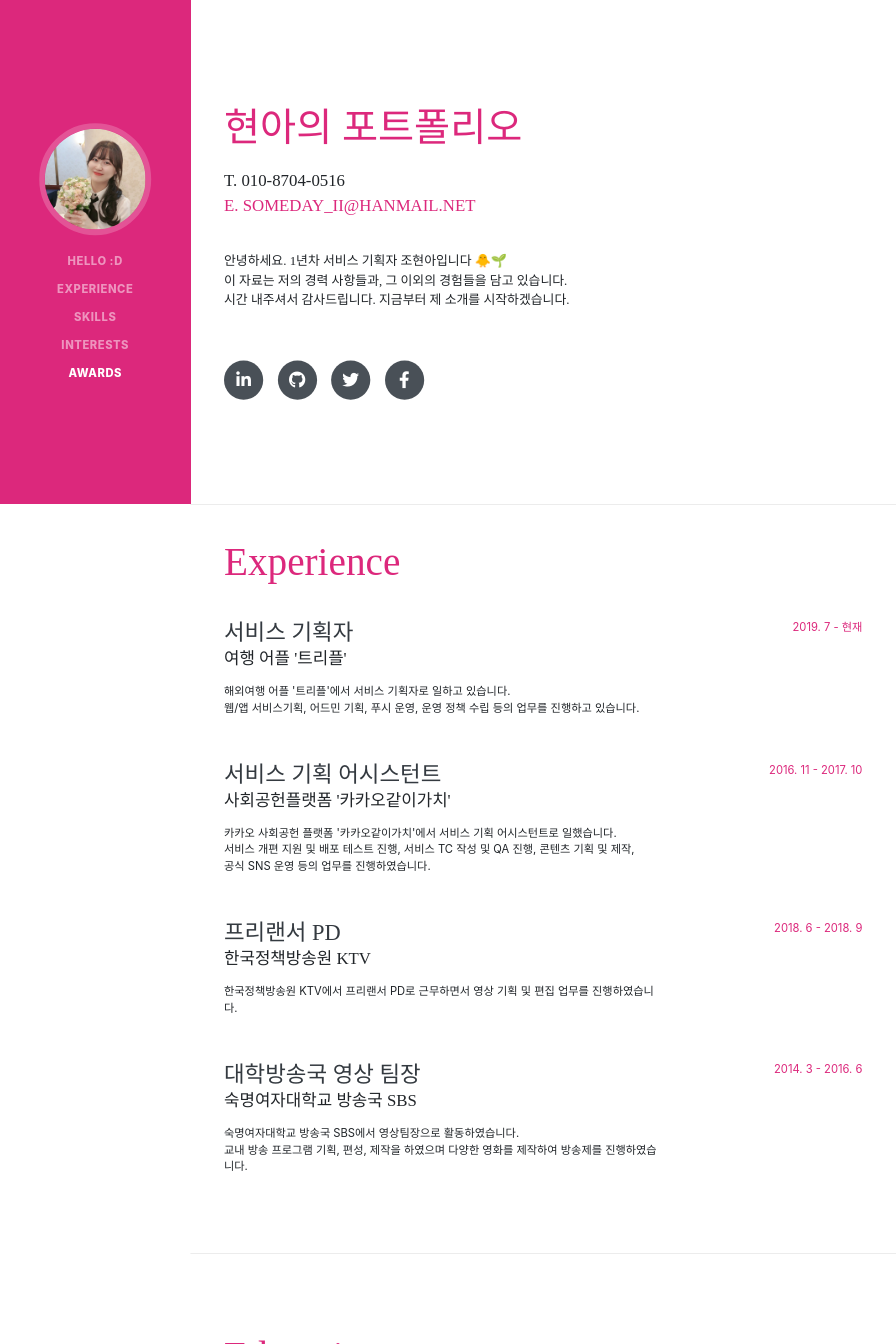
Repository: hyunah-aha/hyunah-aha
Page: Resume/index.html
The author's editor kept a record of every edit. The page is drawn from the files as they stood at one moment, then again after the next edit.
The browser window is 1280 px wide. The pictures show the part of the page from y = 0 to 1920 px (the page is 3953 px tall), at 70% of full size.
Some web fonts or font styles are not loaded; a fallback is used.

Above is the page before.

### Resume/index.html
<!DOCTYPE html>
<html lang="kor">

<head>

  <meta charset="utf-8">
  <meta name="viewport" content="width=device-width, initial-scale=1, shrink-to-fit=no">
  <meta name="description" content="">
  <meta name="author" content="">

  <title>Resume - Start Bootstrap Theme</title>

  <!-- Bootstrap core CSS -->
  <link href="vendor/bootstrap/css/bootstrap.min.css" rel="stylesheet">

  <!-- Custom fonts for this template -->
  <link href="https://fonts.googleapis.com/css?family=Saira+Extra+Condensed:500,700" rel="stylesheet">
  <link href="https://fonts.googleapis.com/css?family=Muli:400,400i,800,800i" rel="stylesheet">
  <link href="vendor/fontawesome-free/css/all.min.css" rel="stylesheet">

  <!-- Custom styles for this template -->
  <link href="css/resume.css" rel="stylesheet">

</head>

<body id="page-top">

  <nav class="navbar navbar-expand-lg navbar-dark bg-primary fixed-top" id="sideNav">
    <a class="navbar-brand js-scroll-trigger" href="#page-top">
      <span class="d-block d-lg-none">현아의 포트폴리오
</span>
      <span class="d-none d-lg-block">
        <img class="img-fluid img-profile rounded-circle mx-auto mb-2" src="img/hyunah_profile2.jpeg" alt="">
      </span>
    </a>
    <button class="navbar-toggler" type="button" data-toggle="collapse" data-target="#navbarSupportedContent" aria-controls="navbarSupportedContent" aria-expanded="false" aria-label="Toggle navigation">
      <span class="navbar-toggler-icon"></span>
    </button>
    <div class="collapse navbar-collapse" id="navbarSupportedContent">
      <ul class="navbar-nav">
        <li class="nav-item">
          <a class="nav-link js-scroll-trigger" href="#about">Hello :D </a>
        </li>
        <li class="nav-item">
          <a class="nav-link js-scroll-trigger" href="#experience">experience</a>
        </li>
        <li class="nav-item">
        </li>
        <li class="nav-item">
          <a class="nav-link js-scroll-trigger" href="#skills">skills</a>
        </li>
        <li class="nav-item">
          <a class="nav-link js-scroll-trigger" href="#interests">interests</a>
        </li>
        <li class="nav-item">
          <a class="nav-link js-scroll-trigger" href="#awards">awards</a>
        </li>
      </ul>
    </div>
  </nav>

  <div class="container-fluid p-0">

    <section class="resume-section p-3 p-lg-5 d-flex align-items-center" id="about">
      <div class="w-100">
        <h2 class="mb-0">현아의 포트폴리오
        </h2>
        <br>
        <div class="subheading mb-5">T. 010-8704-0516<br>
          <a href="mailto:someday_ii@hanmail.net">E. someday_ii@hanmail.net</a>
        </div>
        <p class="lead mb-5">안녕하세요. 1년차 서비스 기획자 조현아입니다 🐥🌱 <br>이 자료는 저의 경력 사항들과, 그 이외의 경험들을 담고 있습니다. <br> 시간 내주셔서 감사드립니다. 지금부터 제 소개를 시작하겠습니다.</p>
        <br>
        <div class="social-icons">
          <a href="https://www.triple.guide/intro/" target="_blank">
            <i class="fab fa-linkedin-in"></i>
          </a>
          <a href="https://together.kakao.com/" target="_blank">
            <i class="fab fa-github"></i>
          </a>
          <a href="https://www.naver.com/" target="_blank">
            <i class="fab fa-twitter"></i>
          </a>
          <a href="https://www.daum.net" target="_blank">
            <i class="fab fa-facebook-f"></i>
          </a>
        </div>
      </div>
    </section>

    <hr class="m-0">

    <section class="resume-section p-3 p-lg-5 d-flex justify-content-center" id="experience">
      <div class="w-100">
        <h2 class="mb-5">Experience</h2>

        <div class="resume-item d-flex flex-column flex-md-row justify-content-between mb-5">
          <div class="resume-content">
            <h3 class="mb-0">서비스 기획자</h3>
            <div class="subheading mb-3">여행 어플 '트리플'</div>
            <p>해외여행 어플 '트리플'에서 서비스 기획자로 일하고 있습니다. <br> 웹/앱 서비스기획, 어드민 기획, 푸시 운영, 운영 정책 수립 등의 업무를 진행하고 있습니다. </p>
          </div>
          <div class="resume-date text-md-right">
            <span class="text-primary">2019. 7 - 현재</span>
          </div>
        </div>

        <div class="resume-item d-flex flex-column flex-md-row justify-content-between mb-5">
          <div class="resume-content">
            <h3 class="mb-0">서비스 기획 어시스턴트</h3>
            <div class="subheading mb-3">사회공헌플랫폼 '카카오같이가치'</div>
            <p>카카오 사회공헌 플랫폼 '카카오같이가치'에서 서비스 기획 어시스턴트로 일했습니다. <br>  서비스 개편 지원 및 배포 테스트 진행, 서비스 TC 작성 및 QA 진행, 콘텐츠 기획 및 제작,<br> 공식 SNS 운영 등의 업무를 진행하였습니다. </p>
          </div>
          <div class="resume-date text-md-right">
            <span class="text-primary">2016. 11 - 2017. 10</span>
          </div>
        </div>


        <div class="resume-item d-flex flex-column flex-md-row justify-content-between mb-5">
          <div class="resume-content">
            <h3 class="mb-0">프리랜서 PD</h3>
            <div class="subheading mb-3">한국정책방송원 KTV</div>
            <p>한국정책방송원 KTV에서 프리랜서 PD로 근무하면서 영상 기획 및 편집 업무를 진행하였습니다.</p>
          </div>
          <div class="resume-date text-md-right">
            <span class="text-primary">2018. 6 - 2018. 9</span>
          </div>
        </div>

        <div class="resume-item d-flex flex-column flex-md-row justify-content-between">
          <div class="resume-content">
            <h3 class="mb-0">대학방송국 영상 팀장</h3>
            <div class="subheading mb-3">숙명여자대학교 방송국 SBS</div>
            <p>숙명여자대학교 방송국 SBS에서 영상팀장으로 활동하였습니다. <br>교내 방송 프로그램 기획, 편성, 제작을 하였으며 다양한 영화를 제작하여 방송제를 진행하였습니다.</p>
          </div>
          <div class="resume-date text-md-right">
            <span class="text-primary">2014. 3 - 2016. 6</span>
          </div>
        </div>
        <br><br>

        </div>

      </div>

    </section>

    <hr class="m-0">

    <section class="resume-section p-3 p-lg-5 d-flex align-items-center" id="education">
      <div class="w-100">
        <h2 class="mb-5">Education</h2>

        <div class="resume-item d-flex flex-column flex-md-row justify-content-between mb-5">
          <div class="resume-content">
            <h3 class="mb-0">숙명여자대학교</h3>
            <div class="subheading mb-3">bachelor's degree of social science</div>
            <div>Media & Communication</div>
            <p>학점 : ️3.7</p>
          </div>
          <div class="resume-date text-md-right">
            <span class="text-primary">2014. 3 - 2020. 2</span>
          </div>
        </div>

        <div class="resume-item d-flex flex-column flex-md-row justify-content-between">
          <div class="resume-content">
            <h3 class="mb-0">서울 외국어 고등학교</h3>
            <div class="subheading mb-3">English department</div>
            <p>1st major: English<br>
            2nd major: German<br>
            3rd major: Japanese</p>
          </div>
          <div class="resume-date text-md-right">
            <span class="text-primary">2010. 4 - 2013. 2</span>
          </div>
        </div>

      </div>
    </section>

    <hr class="m-0">

    <section class="resume-section p-3 p-lg-5 d-flex align-items-center" id="interests">
      <div class="w-100">
        <h2 class="mb-5">Interests</h2>
        <h5>저는 밖에서 걷고, 뛰는 것을 좋아합니다. <br>아무 도구 없이도, 두 발만 있으면 언제 어디서든 할 수 있다는 '자유로움' 때문입니다.<br>걷거나 달릴 때에는 다양한 일들을 할 수 있어요. 특별한 상상을 할 수도 있고, 머리 속을 텅- 비워볼 수 있고, 또 복잡했던 고민을 풀거나 감정을 정리할 수도 있어요. 종종 책상에선 떠오르지 않던 아이디어가 뿅! 하고 튀어나오기도 해요.🏃🏻‍♀️🔥</h5><br>
        <p class="mb-0">그리고 또, 이런 것들을 좋아해요.<br>
        #영화 #여행 #강아지 #글씨쓰기 #대화 #혼자만의_시간 #디즈니 #상상</p>
      </div>
    </section>

    <hr class="m-0">

    <section class="resume-section p-3 p-lg-5 d-flex align-items-center" id="awards">
      <div class="w-100">
        <h2 class="mb-5">Awards &amp; Certifications</h2>
        <ul class="fa-ul mb-0">
          <li>
            <i class="fa-li fa fa-trophy text-warning"></i>
            대한민국 CSR 필름 페스티벌 재능나눔상(보건복지부장관상)</li>
          <li>
            <i class="fa-li fa fa-trophy text-warning"></i>
            신한은행 광고 영상 UCC 공모전 우수상</li>
          <li>
            <i class="fa-li fa fa-trophy text-warning"></i>
            경찰청 29초 영화제 최우수상</li>

        </ul>
      </div>
    </section>

  </div>

  <!-- Bootstrap core JavaScript -->
  <script src="vendor/jquery/jquery.min.js"></script>
  <script src="vendor/bootstrap/js/bootstrap.bundle.min.js"></script>

  <!-- Plugin JavaScript -->
  <script src="vendor/jquery-easing/jquery.easing.min.js"></script>

  <!-- Custom scripts for this template -->
  <script src="js/resume.min.js"></script>

</body>

</html>

### Resume/css/resume.css
/*!
 * Start Bootstrap - Resume v5.0.8 (https://startbootstrap.com/template-overviews/resume)
 * Copyright 2013-2019 Start Bootstrap
 * Licensed under MIT (https://github.com/BlackrockDigital/startbootstrap-resume/blob/master/LICENSE)
 */
head

body {
  font-family: 'MapoGoldenPier'; src: url('https://cdn.jsdelivr.net/gh/projectnoonnu/noonfonts_2001@1.1/MapoGoldenPierA.woff') format('woff'); font-weight: normal; font-style: normal;
  padding-top: 54px;
  color: #868e96;
}

@media (min-width: 992px) {
  body {
    padding-top: 0;
    padding-left: 17rem;
  }
}

h1,
h2,
h3,
h4,
h5,
h6 {
  font-family: 'MapoGoldenPier'; src: url('https://cdn.jsdelivr.net/gh/projectnoonnu/noonfonts_2001@1.1/MapoGoldenPierA.woff') format('woff'); font-weight: normal; font-style: normal;
  color: #343a40;
}

h1 {
  font-size: 6rem;
  line-height: 5.5rem;
  font-family: 'MapoGoldenPier';
}

h2 {
  color: #dc287c;
  font-size: 3.5rem;
  font-family: 'MapoGoldenPier'
}

h3 {
  font-size: 2rem;
  font-family: 'MapoGoldenPier';
}

p.lead {
  font-size: 1.15rem;
  font-weight: 400;
  font-family: 'MapoGoldenPier';
}

.subheading {
  text-transform: uppercase;
  font-weight: 500;
  font-family: 'MapoGoldenPier';
  font-size: 1.5rem;
}

.social-icons a {
  display: inline-block;
  height: 3.5rem;
  width: 3.5rem;
  background-color: #495057;
  color: #fff !important;
  border-radius: 100%;
  text-align: center;
  font-size: 1.5rem;
  line-height: 3.5rem;
  margin-right: 1rem;
  font-family: 'MapoGoldenPier';
}

.social-icons a:last-child {
  margin-right: 0;
}

.social-icons a:hover {
  background-color: #BD5D38;
}

.dev-icons {
  font-size: 3rem;
}

.dev-icons .list-inline-item i:hover {
  color: #BD5D38;
}

#sideNav .navbar-nav .nav-item .nav-link {
  font-weight: 800;
  letter-spacing: 0.05rem;
  text-transform: uppercase;
}

#sideNav .navbar-toggler:focus {
  outline-color: #d48a6e;
}

@media (min-width: 992px) {
  #sideNav {
    text-align: center;
    position: fixed;
    top: 0;
    left: 0;
    display: flex;
    flex-direction: column;
    width: 17rem;
    height: 100vh;
  }
  #sideNav .navbar-brand {
    display: flex;
    margin: auto auto 0;
    padding: 0.5rem;
  }
  #sideNav .navbar-brand .img-profile {
    max-width: 10rem;
    max-height: 10rem;
    border: 0.5rem solid rgba(255, 255, 255, 0.2);
  }
  #sideNav .navbar-collapse {
    display: flex;
    align-items: flex-start;
    flex-grow: 0;
    width: 100%;
    margin-bottom: auto;
  }
  #sideNav .navbar-collapse .navbar-nav {
    flex-direction: column;
    width: 100%;
  }
  #sideNav .navbar-collapse .navbar-nav .nav-item {
    display: block;
  }
  #sideNav .navbar-collapse .navbar-nav .nav-item .nav-link {
    display: block;
  }
}

section.resume-section {
  padding-top: 5rem !important;
  padding-bottom: 5rem !important;
  max-width: 75rem;
}

section.resume-section .resume-item .resume-date {
  min-width: none;
}

@media (min-width: 768px) {
  section.resume-section {
    min-height: 100vh;
  }
  section.resume-section .resume-item .resume-date {
    min-width: 18rem;
  }
}

@media (min-width: 992px) {
  section.resume-section {
    padding-top: 3rem !important;
    padding-bottom: 3rem !important;
  }
}

.bg-primary {
  background-color: #dc287c !important;
}

.text-primary {
  color: #dc287c !important;
}

a {
  color: #dc287c;
}

a:hover, a:focus, a:active {
  color: #824027;
}

Loaded but not shown: Resume/vendor/bootstrap/css/bootstrap.min.css (library); Resume/vendor/fontawesome-free/css/all.min.css (library); Resume/vendor/jquery/jquery.min.js (library); Resume/vendor/bootstrap/js/bootstrap.bundle.min.js (library); Resume/vendor/jquery-easing/jquery.easing.min.js (common file); Resume/js/resume.min.js (common file)

After the next edit:
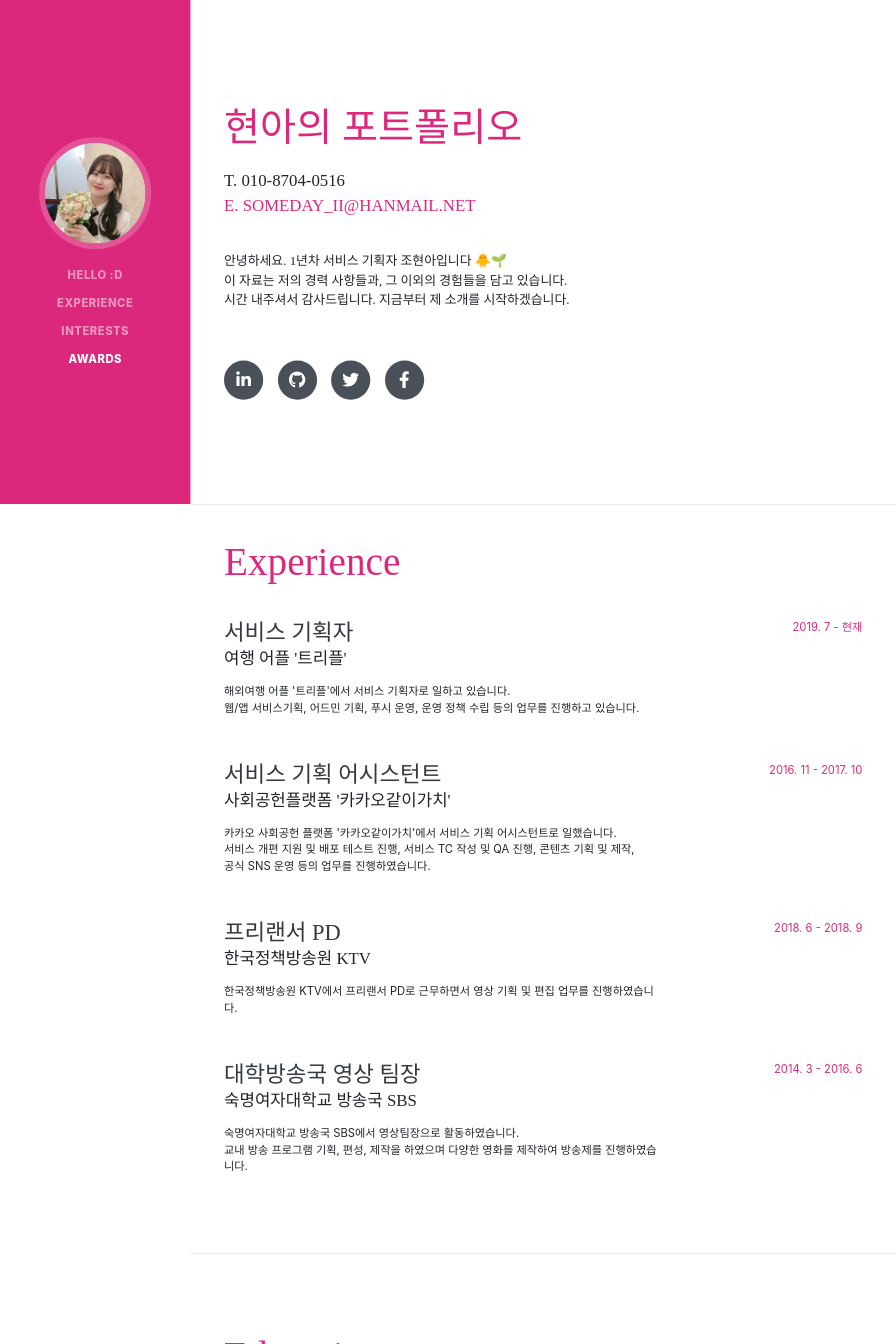
The edit:
--- a/Resume/index.html
+++ b/Resume/index.html
@@ -47,9 +47,6 @@
         <li class="nav-item">
         </li>
         <li class="nav-item">
-          <a class="nav-link js-scroll-trigger" href="#skills">skills</a>
-        </li>
-        <li class="nav-item">
           <a class="nav-link js-scroll-trigger" href="#interests">interests</a>
         </li>
         <li class="nav-item">
